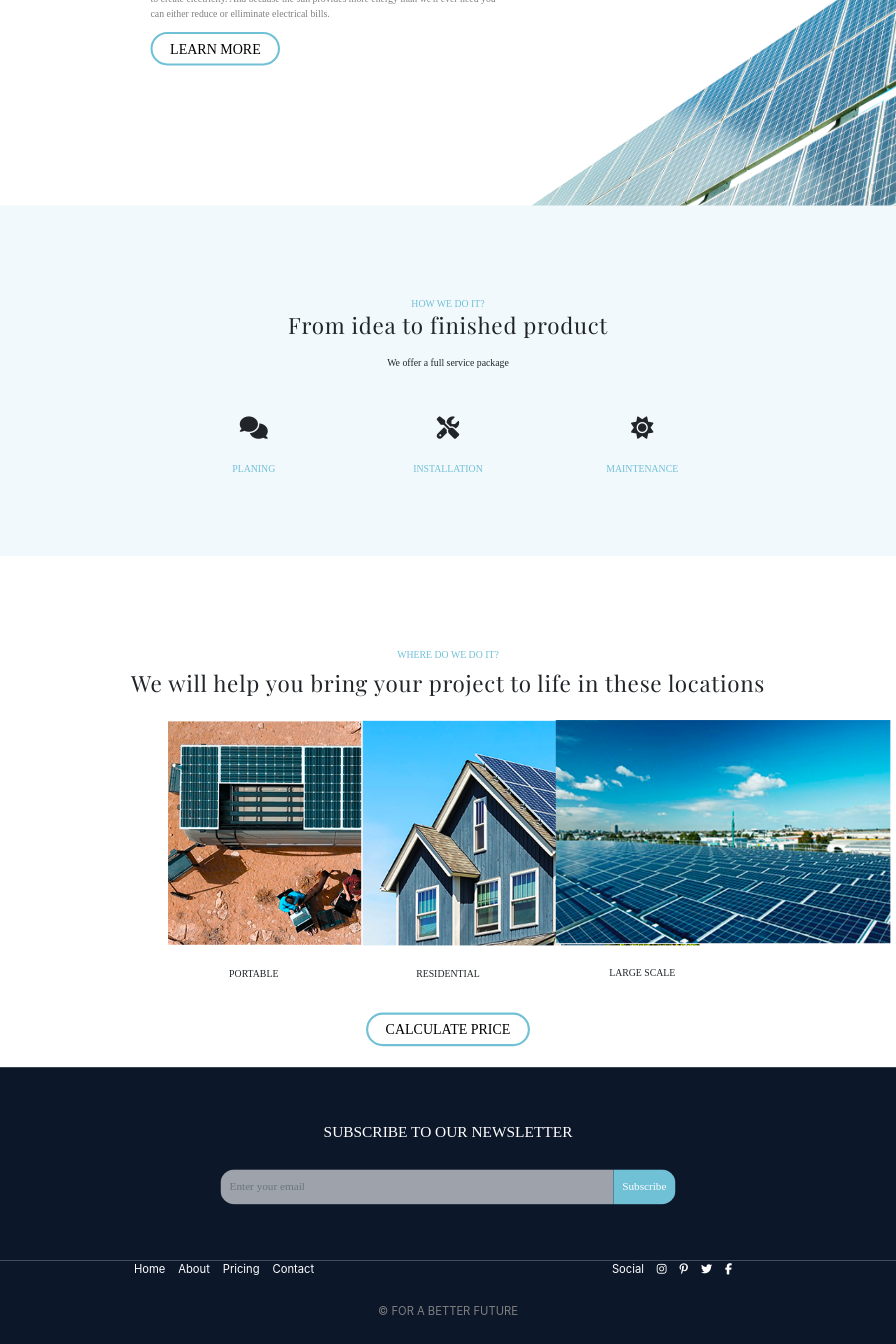
Repository: sabinemm/fabf
Page: index.html
The author's editor kept a record of every edit. The page is drawn from the files as they stood at one moment, then again after the next edit.
The browser window is 1280 px wide. The pictures show the part of the page from y = 842 to 2762 px (the page is 2762 px tall before and 2590 px after), at 70% of full size.
Backgrounds fixed to the window are drawn as part of the page. Some web fonts or font styles are not loaded; a fallback is used. Some web libraries are served in a nearby version.

Above is the page before.
Console error (its wording comes from the project's code and is left out).

After the next edit:
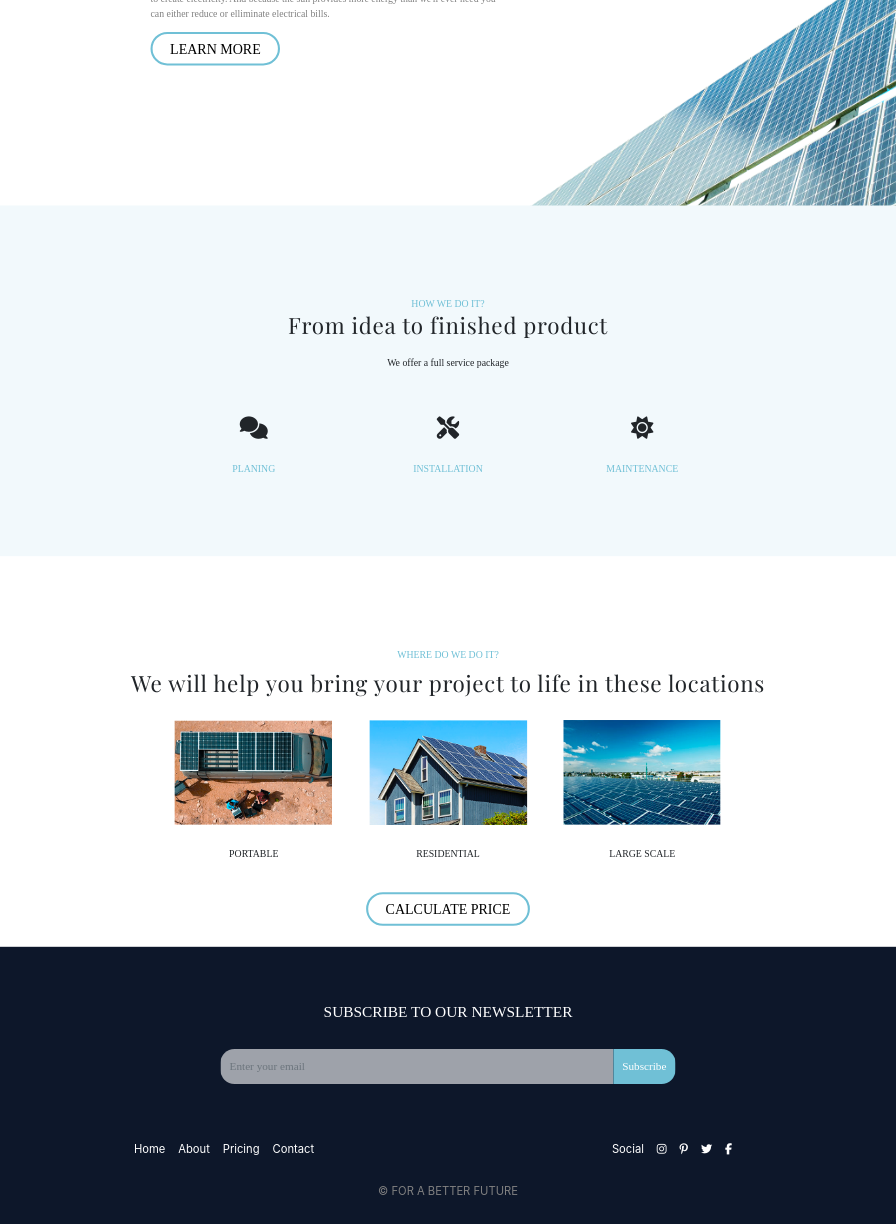
The edit:
--- a/style.css
+++ b/style.css
@@ -197,8 +197,14 @@
       -ms-transition: all 0.5s ease;
           transition: all 0.5s ease;
 }
-}
-
+
+.icon-an fa{
+  -webkit-transform: rotate(-20deg);
+     -moz-transform: rotate(-20deg);
+       -o-transform: rotate(-20deg);
+      -ms-transform: rotate(-20deg);
+          transform: rotate(-20deg);
+}
 /*-------------------SECTION 4 PAGE 1 WHERE------------------*/
 
 .whereimg {
